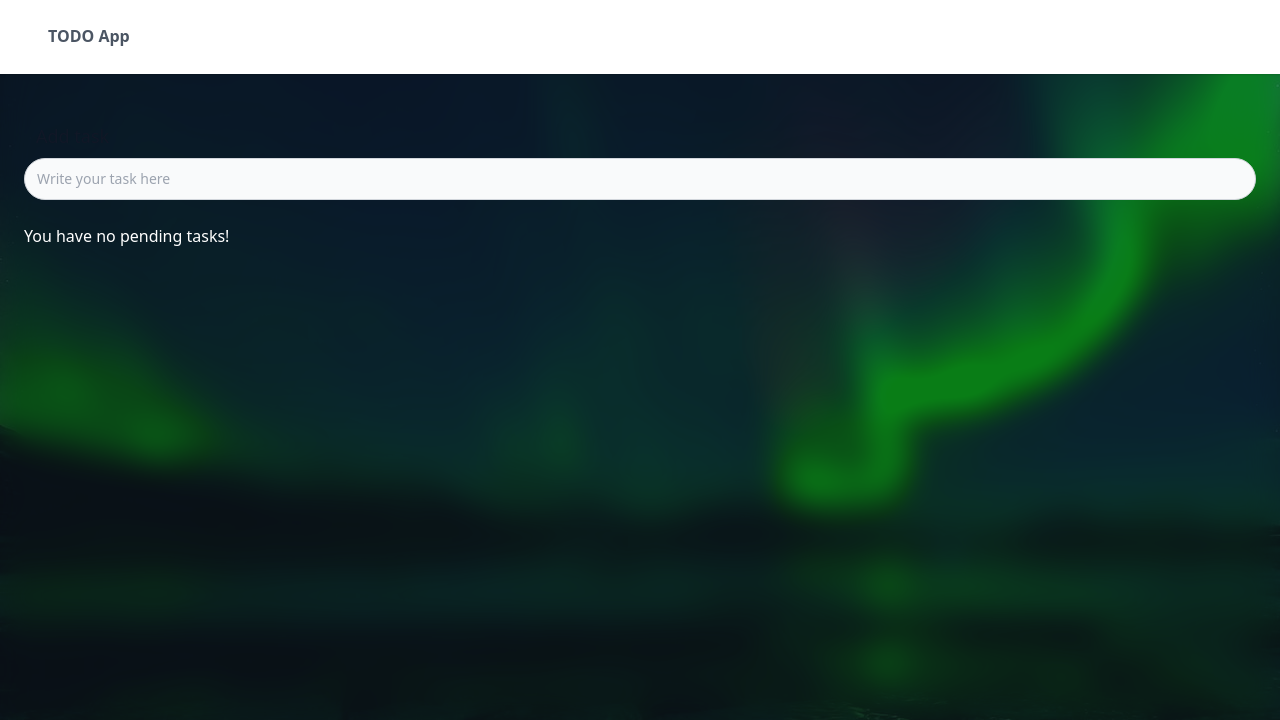
Repository: mikelCabezas/angular-exercices
Page: / (app in TODO/)
The author's editor kept a copy of each file at every save. The page is drawn from the files as they stood at one save, then again after the next save.
The browser window is 1280 px wide. The pictures show the whole page.
The project was rebuilt for these pictures with package versions that can differ from the ones it lists, and the page was loaded fresh each time. Also part of the build but not shown: TODO/angular.json.

Above is the page before, as saved 2023-09-14 23:32:14.

After the next save:
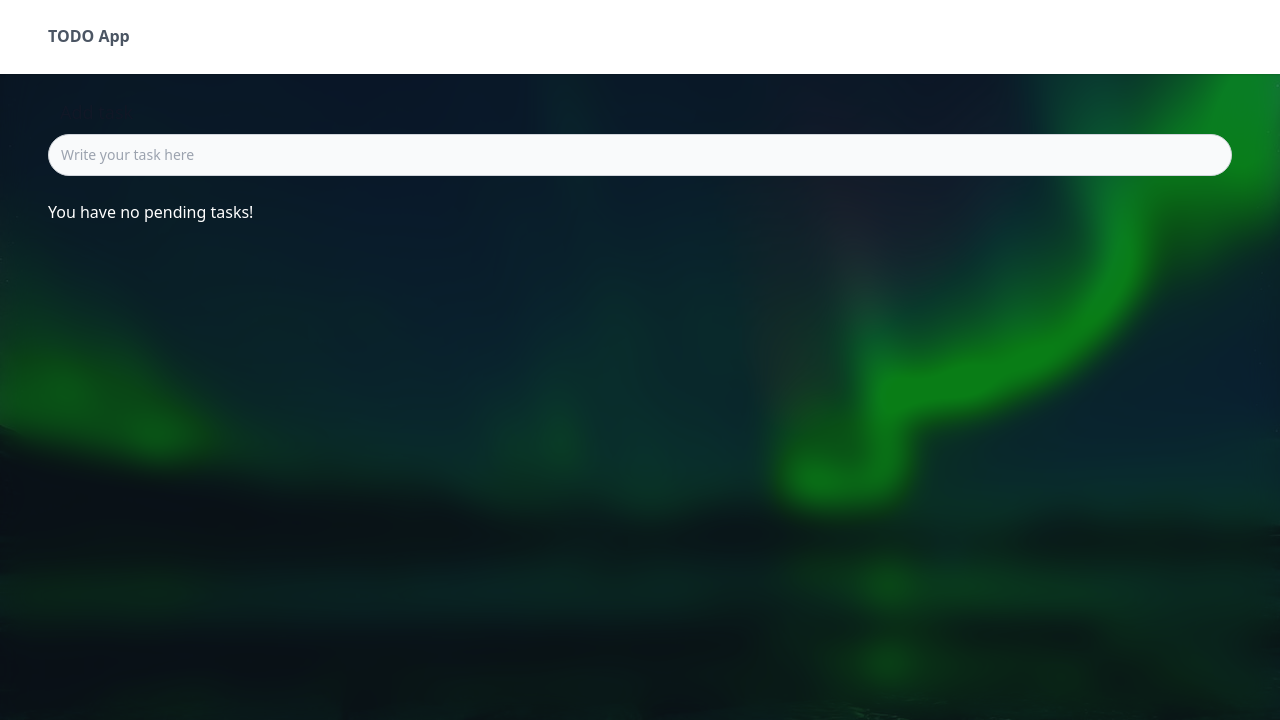
Saved 9 s later.
--- a/TODO/src/app/components/tasks/tasks.component.html
+++ b/TODO/src/app/components/tasks/tasks.component.html
@@ -1,5 +1,5 @@
 <div class="container flex justify-center w-full mx-auto">
-    <div class="row w-full p-6">
+    <div class="row w-full px-12">
         <div class="form w-full mx-auto mt-6">
             <label for="first_name" class="block mb-2 text-lg pl-3 font-medium text-gray-900 dark:text-white">Add task</label>
             <input
